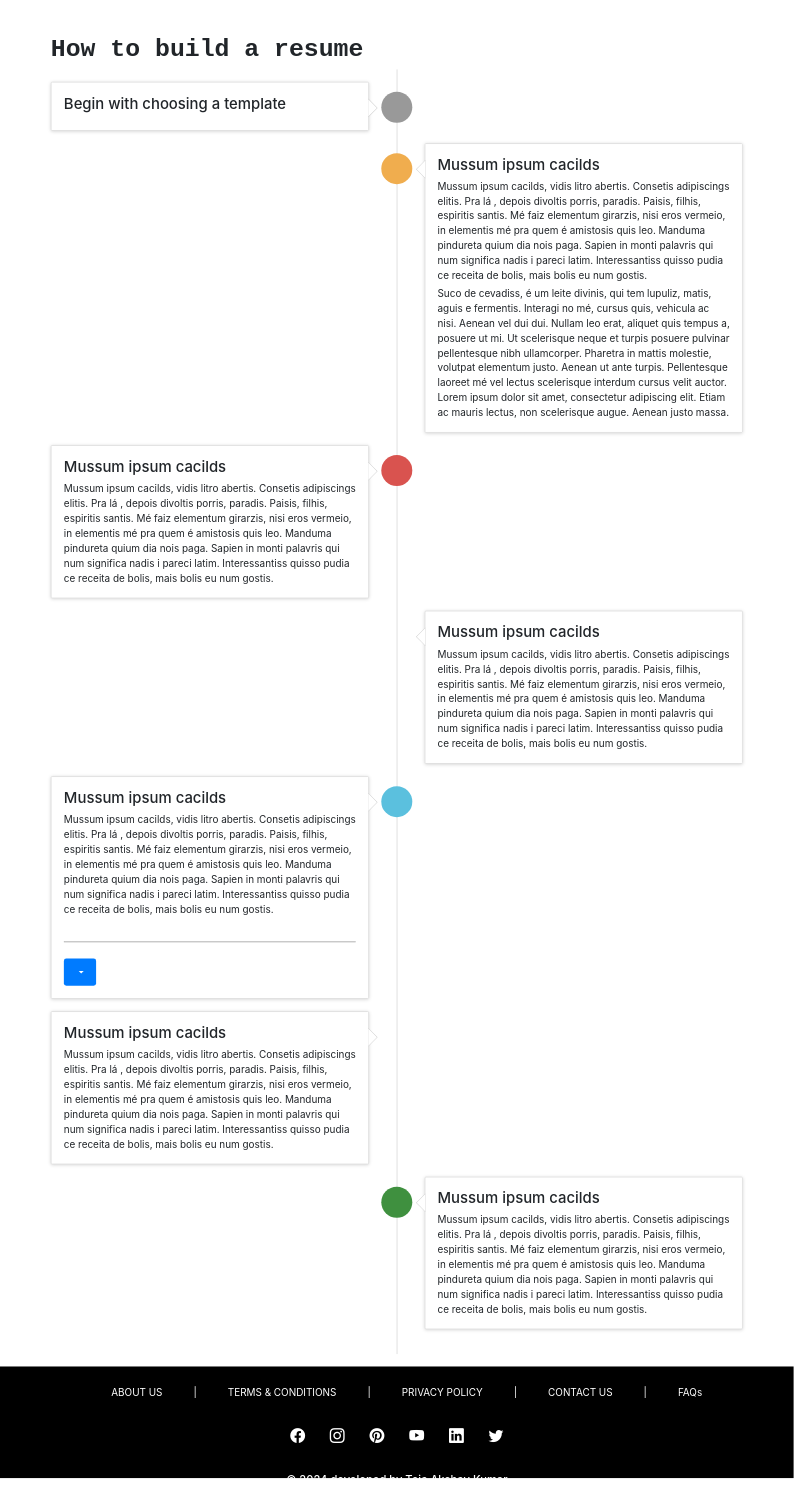
Repository: Tejaakshaykumar/MakeMyVita-Resume-Builder-Website
Page: / (app in frontend/)
An editor plug-in stored every save of this project. The page is shown before and after a run of saves, followed by the edit.
The browser window is 1280 px wide. The pictures show the whole page, at 62% of full size.
Some icons come from a web library that is not loaded, so they are not drawn. Some web fonts or font styles are not loaded; a fallback is used. Some web libraries are served in a nearby version. The project was rebuilt for these pictures with package versions that can differ from the ones it lists, and the page was loaded fresh each time. Also part of the build but not shown: frontend/src/App.css, frontend/src/containers/Navbar.js, frontend/src/containers/About.js, frontend/src/containers/Buildresume.js, frontend/src/containers/Images.js, frontend/src/containers/Features.js, frontend/src/containers/Review.js, frontend/src/containers/Trybox.js and 24 more.

Above is the page before, as saved 2024-06-16 23:22:50.

### frontend/public/index.html
<!DOCTYPE html>
<html lang="en">
  <head>
    <meta charset="utf-8" />
    <link rel="icon" href="../src/images/HubSpot Brand Kit (1)/Logo/JPEG/Favicon-32x32.jpeg" />
    <meta name="viewport" content="width=device-width, initial-scale=1" />
    <meta name="theme-color" content="#000000" />
    <meta
      name="description"
      content="Web site created using create-react-app"
    />
    <link rel="apple-touch-icon" href="../src/images/HubSpot Brand Kit (1)/Logo/JPEG/Favicon-32x32.jpeg" />
    <link rel="manifest" href="%PUBLIC_URL%/manifest.json" />
    <link rel="stylesheet" href="https://stackpath.bootstrapcdn.com/bootstrap/4.5.2/css/bootstrap.min.css">
  <link rel="stylesheet" href="https://stackpath.bootstrapcdn.com/font-awesome/4.7.0/css/font-awesome.min.css">
  <link href="https://cdn.jsdelivr.net/npm/bootstrap@5.3.3/dist/css/bootstrap.min.css" rel="stylesheet" integrity="sha384-QWTKZyjpPEjISv5WaRU9OFeRpok6YctnYmDr5pNlyT2bRjXh0JMhjY6hW+ALEwIH" crossorigin="anonymous">
  <link href="https://cdn.jsdelivr.net/npm/bootstrap-icons@1.7.2/font/bootstrap-icons.css" rel="stylesheet">
  <link rel="stylesheet" href="https://cdnjs.cloudflare.com/ajax/libs/bootstrap-icons/1.10.0/font/bootstrap-icons.min.css">
  <title>MakeMyVita</title>
  </head>
  <body>
    <noscript>You need to enable JavaScript to run this app.</noscript>
    <div id="root"></div>
  </body>
  <script src="https://cdn.jsdelivr.net/npm/bootstrap@5.3.3/dist/js/bootstrap.bundle.min.js" integrity="sha384-YvpcrYf0tY3lHB60NNkmXc5s9fDVZLESaAA55NDzOxhy9GkcIdslK1eN7N6jIeHz" crossorigin="anonymous"></script>
</html>

### frontend/src/containers/Howitworks.js
import React from 'react'

function Howitworks ()  {
    return (
        <div className="container">
        <div className="page-header">
          <h1 id="timeline">How to build a resume</h1>
        </div>
        <ul className="timeline">
          <li>
            <div className="timeline-badge">
              <i className="glyphicon glyphicon-check" />
            </div>
            <div className="timeline-panel">
              <div className="timeline-heading">
                <h4 className="timeline-title">Begin with choosing a template</h4>
                {/* <p>
                  <small className="text-muted">
                    <i className="glyphicon glyphicon-time" /> 11 hours ago via
                    Twitter
                  </small>
                </p> */}
              </div>
              <div className="timeline-body">
                <p>

                </p>
              </div>
            </div>
          </li>
          <li className="timeline-inverted">
            <div className="timeline-badge warning">
              <i className="glyphicon glyphicon-credit-card" />
            </div>
            <div className="timeline-panel">
              <div className="timeline-heading">
                <h4 className="timeline-title">Mussum ipsum cacilds</h4>
              </div>
              <div className="timeline-body">
                <p>
                  Mussum ipsum cacilds, vidis litro abertis. Consetis adipiscings
                  elitis. Pra lá , depois divoltis porris, paradis. Paisis, filhis,
                  espiritis santis. Mé faiz elementum girarzis, nisi eros vermeio, in
                  elementis mé pra quem é amistosis quis leo. Manduma pindureta quium
                  dia nois paga. Sapien in monti palavris qui num significa nadis i
                  pareci latim. Interessantiss quisso pudia ce receita de bolis, mais
                  bolis eu num gostis.
                </p>
                <p>
                  Suco de cevadiss, é um leite divinis, qui tem lupuliz, matis, aguis
                  e fermentis. Interagi no mé, cursus quis, vehicula ac nisi. Aenean
                  vel dui dui. Nullam leo erat, aliquet quis tempus a, posuere ut mi.
                  Ut scelerisque neque et turpis posuere pulvinar pellentesque nibh
                  ullamcorper. Pharetra in mattis molestie, volutpat elementum justo.
                  Aenean ut ante turpis. Pellentesque laoreet mé vel lectus
                  scelerisque interdum cursus velit auctor. Lorem ipsum dolor sit
                  amet, consectetur adipiscing elit. Etiam ac mauris lectus, non
                  scelerisque augue. Aenean justo massa.
                </p>
              </div>
            </div>
          </li>
          <li>
            <div className="timeline-badge danger">
              <i className="glyphicon glyphicon-credit-card" />
            </div>
            <div className="timeline-panel">
              <div className="timeline-heading">
                <h4 className="timeline-title">Mussum ipsum cacilds</h4>
              </div>
              <div className="timeline-body">
                <p>
                  Mussum ipsum cacilds, vidis litro abertis. Consetis adipiscings
                  elitis. Pra lá , depois divoltis porris, paradis. Paisis, filhis,
                  espiritis santis. Mé faiz elementum girarzis, nisi eros vermeio, in
                  elementis mé pra quem é amistosis quis leo. Manduma pindureta quium
                  dia nois paga. Sapien in monti palavris qui num significa nadis i
                  pareci latim. Interessantiss quisso pudia ce receita de bolis, mais
                  bolis eu num gostis.
                </p>
              </div>
            </div>
          </li>
          <li className="timeline-inverted">
            <div className="timeline-panel">
              <div className="timeline-heading">
                <h4 className="timeline-title">Mussum ipsum cacilds</h4>
              </div>
              <div className="timeline-body">
                <p>
                  Mussum ipsum cacilds, vidis litro abertis. Consetis adipiscings
                  elitis. Pra lá , depois divoltis porris, paradis. Paisis, filhis,
                  espiritis santis. Mé faiz elementum girarzis, nisi eros vermeio, in
                  elementis mé pra quem é amistosis quis leo. Manduma pindureta quium
                  dia nois paga. Sapien in monti palavris qui num significa nadis i
                  pareci latim. Interessantiss quisso pudia ce receita de bolis, mais
                  bolis eu num gostis.
                </p>
              </div>
            </div>
          </li>
          <li>
            <div className="timeline-badge info">
              <i className="glyphicon glyphicon-floppy-disk" />
            </div>
            <div className="timeline-panel">
              <div className="timeline-heading">
                <h4 className="timeline-title">Mussum ipsum cacilds</h4>
              </div>
              <div className="timeline-body">
                <p>
                  Mussum ipsum cacilds, vidis litro abertis. Consetis adipiscings
                  elitis. Pra lá , depois divoltis porris, paradis. Paisis, filhis,
                  espiritis santis. Mé faiz elementum girarzis, nisi eros vermeio, in
                  elementis mé pra quem é amistosis quis leo. Manduma pindureta quium
                  dia nois paga. Sapien in monti palavris qui num significa nadis i
                  pareci latim. Interessantiss quisso pudia ce receita de bolis, mais
                  bolis eu num gostis.
                </p>
                <hr />
                <div className="btn-group">
                  <button
                    type="button"
                    className="btn btn-primary btn-sm dropdown-toggle"
                    data-toggle="dropdown"
                  >
                    <i className="glyphicon glyphicon-cog" />{" "}
                    <span className="caret" />
                  </button>
                  <ul className="dropdown-menu" role="menu">
                    <li>
                      <a href="#">Action</a>
                    </li>
                    <li>
                      <a href="#">Another action</a>
                    </li>
                    <li>
                      <a href="#">Something else here</a>
                    </li>
                    <li className="divider" />
                    <li>
                      <a href="#">Separated link</a>
                    </li>
                  </ul>
                </div>
              </div>
            </div>
          </li>
          <li>
            <div className="timeline-panel">
              <div className="timeline-heading">
                <h4 className="timeline-title">Mussum ipsum cacilds</h4>
              </div>
              <div className="timeline-body">
                <p>
                  Mussum ipsum cacilds, vidis litro abertis. Consetis adipiscings
                  elitis. Pra lá , depois divoltis porris, paradis. Paisis, filhis,
                  espiritis santis. Mé faiz elementum girarzis, nisi eros vermeio, in
                  elementis mé pra quem é amistosis quis leo. Manduma pindureta quium
                  dia nois paga. Sapien in monti palavris qui num significa nadis i
                  pareci latim. Interessantiss quisso pudia ce receita de bolis, mais
                  bolis eu num gostis.
                </p>
              </div>
            </div>
          </li>
          <li className="timeline-inverted">
            <div className="timeline-badge success">
              <i className="glyphicon glyphicon-thumbs-up" />
            </div>
            <div className="timeline-panel">
              <div className="timeline-heading">
                <h4 className="timeline-title">Mussum ipsum cacilds</h4>
              </div>
              <div className="timeline-body">
                <p>
                  Mussum ipsum cacilds, vidis litro abertis. Consetis adipiscings
                  elitis. Pra lá , depois divoltis porris, paradis. Paisis, filhis,
                  espiritis santis. Mé faiz elementum girarzis, nisi eros vermeio, in
                  elementis mé pra quem é amistosis quis leo. Manduma pindureta quium
                  dia nois paga. Sapien in monti palavris qui num significa nadis i
                  pareci latim. Interessantiss quisso pudia ce receita de bolis, mais
                  bolis eu num gostis.
                </p>
              </div>
            </div>
          </li>
        </ul>
      </div>
    )
  }

export default Howitworks

### frontend/src/components/Step1Template.css
.step-container1 {
    margin-top: 50px;
    display: flex;
    flex-direction: column;
    text-align: center;
    /* align-items: end; */
    background:linear-gradient(to bottom,white,lightblue,rgb(255, 255, 255));
  }

  .step-container1 h2 {
    font-size: 5rem;
    font-family: 'Franklin Gothic Medium', 'Arial Narrow', Arial, sans-serif;
  }
  .search-box {
    align-self: self-end;
    padding: 40px 70px;
  }
  .template-list {
    display: flex;
    flex-wrap: wrap;
    gap: 10px;
    margin-top: 20px;
    padding: 20px 0;
  }

  .template-item {
    width: 20%;
    height: 55vh;
    border: 2px solid #d2daeb;
    border-radius: 5px;
    padding: 10px;
    text-align: center;
    cursor: pointer;
    margin: 0 40px;
    margin-bottom: 50px;
    background-color: #fff;
  }

  .template-item.selected {
    border-color: #007bff;
  }

  .template-item img {
    width: 100%;
    height: auto;
    display: block;
  }

  button {
    margin-top: 20px;
    padding: 10px 20px;
    background-color: #007bff;
    color: #fff;
    border: none;
    border-radius: 5px;
    cursor: pointer;
  }

  button:disabled {
    background-color: #ddd;
    cursor: not-allowed;
  }

### frontend/src/components/components.css
  /* Personal-details */
  .step-container-personal-details {
    padding: 20px;
    max-width: 800px;
    margin: 0 auto;
    background-color: #ffffff;
    border: 1px solid #ccc;
    border-radius: 8px;
  }

  h2 {
    text-align: center;
    margin-bottom: 20px;
    font-size: 3rem;
    font-family:'Franklin Gothic Medium', 'Arial Narrow', Arial, sans-serif ;
    font-weight: 300;
    color: #000000;

  }

  .step-container-personal-details form {
    display: flex;
    flex-direction: column;
  }

  .form-row {
    display: flex;
    justify-content: space-between;
    margin-bottom: 15px;
  }

  .form-group {
    flex: 1;
    margin-right: 10px;
  }

  .form-group:last-child {
    margin-right: 0;
  }

  label {
    display: block;
    margin-bottom: 5px;
    font-weight: bold;
  }

  input {
    width: 100%;
    padding: 10px;
    border: 1px solid #ccc;
    border-radius: 4px;
  }

  .buttons {
    display: flex;
    justify-content: space-between;
    margin-top: 20px;
    /* margin: 20px 20px; */
  }

  .buttons button {
    padding: 10px 20px;
    border: none;
    border-radius: 4px;
    background-color: #007bff;
    color: white;
    cursor: pointer;
    transition: background-color 0.3s;
  }

  .buttons button:hover {
    background-color: #0056b3;
  }

  .buttons button:disabled {
    background-color: #cccccc;
    cursor: not-allowed;
  }

  /* education-details */
  .step-container {
    padding: 20px;
    max-width: 800px;
    margin: 0 auto;
    background-color: #ffffff;
    border: 1px solid #ccc;
    border-radius: 8px;
  }

  .step-container h2 {
    text-align: center;
    margin-bottom: 20px;
    margin-top: 20px;
  }

  .step-container p {
    text-align: center;
    margin-bottom: 20px;
  }

  hr {
    margin-top: 40px;
    text-align: center;
    /* color: rgb(0, 0, 255); */
    border: 1px solid rgb(0, 0, 0);
  }

  .education-entry {
    margin-bottom: 20px;
    padding: 10px 50px;
  }

  .education-entry label {
    display: block;
    margin-top: 10px;
    font-weight: bold;
  }

  .education-entry input {
    width: 100%;
    padding: 10px;
    margin-top: 5px;
    border: 1px solid #ccc;
    border-radius: 4px;
  }

  button[type="button"] {
    margin-top: 10px;
    padding: 10px 20px;
    border: none;
    border-radius: 4px;
    background-color: #007bff;
    color: white;
    cursor: pointer;
    transition: background-color 0.3s;
  }

  button[type="button"]:hover {
    background-color: #0056b3;
  }

  .buttons {
    display: flex;
    justify-content: space-between;
    margin-top: 20px;
  }

  .buttons button {
    padding: 10px 20px;
    border: none;
    border-radius: 4px;
    background-color: #007bff;
    color: white;
    cursor: pointer;
    transition: background-color 0.3s;
  }

  .buttons button:hover {
    background-color: #0056b3;
  }

  .buttons button:disabled {
    background-color: #cccccc;
    cursor: not-allowed;
  }

  /* experience */
  .experience-entry {
    margin-bottom: 20px;
    padding: 10px 50px;
  }

  .experience-entry label {
    display: block;
    margin-top: 10px;
    font-weight: bold;
  }

  .experience-entry input {
    width: 100%;
    padding: 10px;
    margin-top: 5px;
    border: 1px solid #ccc;
    border-radius: 4px;
  }

  /* project-details */

  .project-entry {
    margin-bottom: 20px;
    padding: 10px 50px;
  }

  .project-entry label {
    display: block;
    margin-top: 10px;
    font-weight: bold;
  }

  .project-entry input {
    width: 100%;
    padding: 10px;
    margin-top: 5px;
    border: 1px solid #ccc;
    border-radius: 4px;
  }

  /* additional-sections */
  .additional-section {
    margin-bottom: 20px;
    padding: 10px 50px;
  }

  .additional-section h3 {
    margin-top: 20px;
    margin-bottom: 10px;
    font-weight: bold;
  }

  .additional-section input {
    width: 100%;
    padding: 10px;
    margin-top: 5px;
    margin-bottom: 10px;
    border: 1px solid #ccc;
    border-radius: 4px;
  }

  /* skills */

  .skills-section {
    margin-bottom: 20px;
    padding: 10px 50px;

  }

  .skills-section h3 {
    margin-top: 20px;
    margin-bottom: 10px;
    font-weight: bold;
  }

  .skills-section input {
    width: 100%;
    padding: 10px;
    margin-top: 5px;
    margin-bottom: 10px;
    border: 1px solid #ccc;
    border-radius: 4px;
  }

### frontend/src/templates/temp1.css


  .resume-container {
    display: flex;
    height: 11in;
    width: 8.5in;
    margin: 20px auto;
    background: #ffffff;
    box-shadow: 0 0 10px rgba(0, 0, 0, 0.1);
    flex-direction: row;
  }

  .left-panel {
    width: 28%;
    background: #c7cbcc;
    padding: 20px;
    box-sizing: border-box;
  }

  .right-panel {
    background: #ffffff;
    width: 72%;
    padding: 20px;
    box-sizing: border-box;
  }

  .profile-pic img {
    width: 150px;
    height: 150px;
    border-radius: 50%;
    object-fit: cover;
    display:block;
    margin: 0 auto 20px;
  }

  h3 {
    font-family:  monospace;
    /* font-size: medium; */
  }

  h1, h2 {
    margin-top: 5%;
    font-family:  monospace;
    font-weight: 700;
  }
  .contact-info, .education, .skills {
    margin-bottom: 20px;
  }

  .contact-info h2, .education h2, .skills h2 {
    font-size: 1.2em;
    border-bottom: 2px solid #ccc;
    padding-bottom: 2px;
    margin-bottom: 10px;
  }

  .contact-info p, .education p, .skills ul {
    margin: 0;
    font-size: small;
    font-family:Cambria, Cochin, Georgia, Times, 'Times New Roman', serif;
  }

  .skills ul {
    /* list-style: none; */
    padding-left: 10%;
  }

  .skills ul li {
    background: #d0d4d5;
    margin-bottom: 5px;
    padding: 2px;
    border-radius: 3px;
  }

  .right-panel h1 {
    font-size: 2em;
  }

  .right-panel h2 {
    font-size: 1.5em;
    margin-bottom: 10px;
  }

  .profile, .experience {
    margin-bottom: 20px;
  }

  .experience h3 {
    margin-top: 0;
  }

  .experience ul {
    list-style-type: disc;
    margin-left: 20px;
    font-size: small;
    font-family:Arial, Helvetica, sans-serif;
  }

### frontend/src/templates/temp2.css
.resume {
    font-family:'Times New Roman', Times, serif;
    margin: 0 auto;
    height: 11in;
    width: 8.5in;
    padding: 20px 50px;
    background-color: rgb(255, 255, 255);
    font-size: 0.8rem;
  }

  .header {
    display: flex;
    flex-direction: row;
    height: 12vh;
  }

  .top-left {
    display: flex;
    flex-direction: row;
    width: 60%;
  }

  .header p {
    margin: 0;
  }

  .image img{
    width: 80%;
  }

  .myself {
    width: 85%;
    padding-top: 20px;
    text-align: left;
  }

  .myself h1 {
    font-size: 1.2rem;
    font-weight: 500;
  }

  .top-right {
    margin-top: 10px;
    text-align: end;
    width: 40%;
  }



  .section {
    margin-bottom: 20px;
  }

  .section h2 {
    border-bottom: 2px solid #000;
    /* padding-bottom: 5px; */
    font-size: 1.2rem;
    font-weight: 600;
  }

  .edu {
    display: flex;
    flex-direction: row;
    margin: 0px;
  }

  .l {
    text-align: left;
    width: 70%;
  }

  .r {
    text-align: right;
    width: 30%;
    margin: 0 0 0px 0;
  }

  .r p {
    margin: 0px 0px 0px 0px;
  }

  li {
    padding:0;
  }

Loaded but not shown: frontend/src/index.js (common file); frontend/src/index.css (common file); frontend/src/reportWebVitals.js (common file); frontend/src/App.js (186 lines, source omitted); frontend/src/containers/Foot.js (64 lines, source omitted); frontend/src/pages/pagestyles.css (707 lines, source omitted); frontend/src/containers/cont.css (531 lines, source omitted); frontend/src/components/Roadmap.css (231 lines, source omitted)

After the next 2 saves:
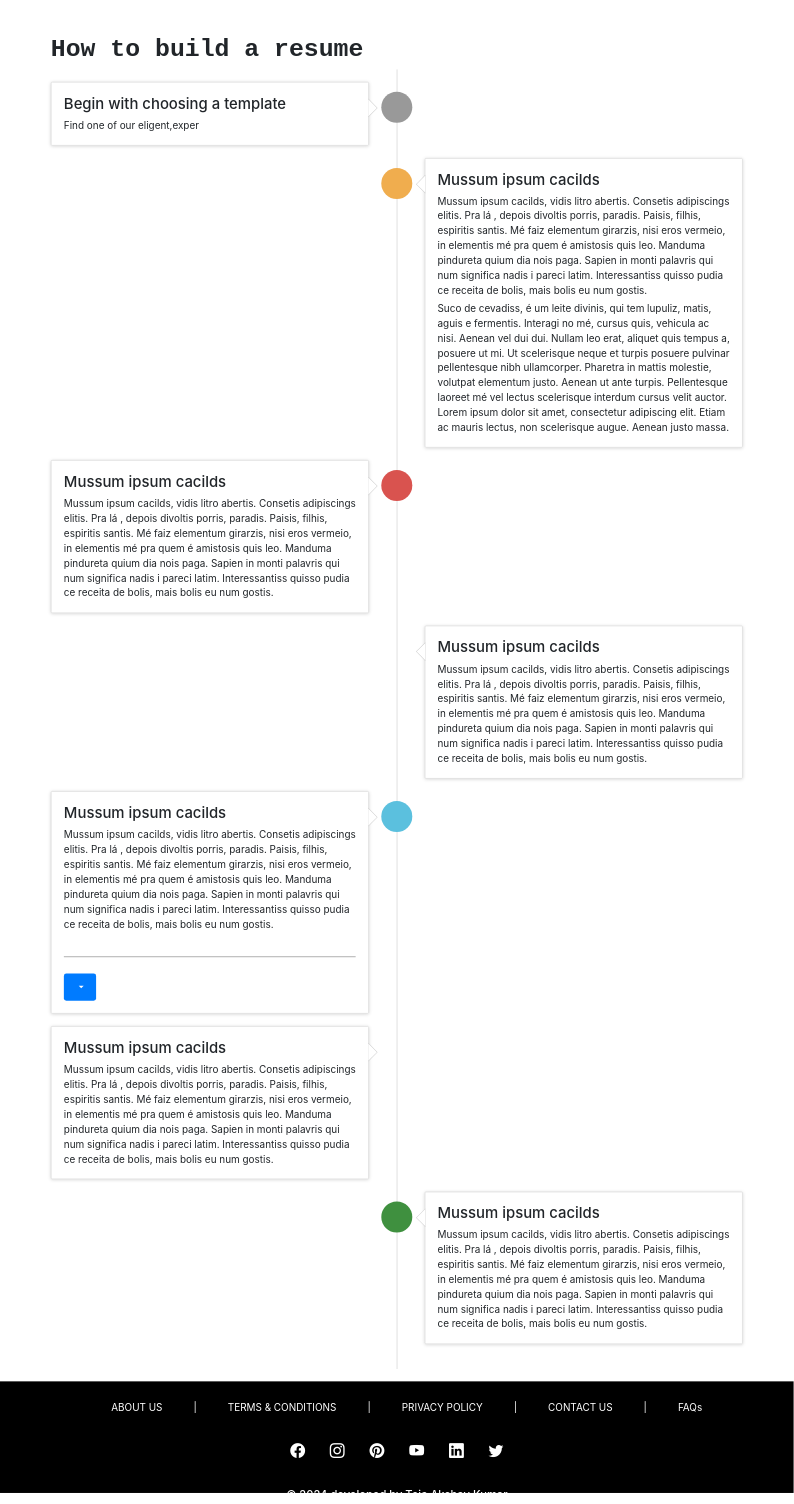
The 2 saves are shown as one change because they came seconds apart.
The last was saved 15 s later.
--- a/frontend/src/containers/Howitworks.js
+++ b/frontend/src/containers/Howitworks.js
@@ -23,7 +23,7 @@ function Howitworks ()  {
               </div>
               <div className="timeline-body">
                 <p>
-
+                  Find one of our eligent,exper
                 </p>
               </div>
             </div>
